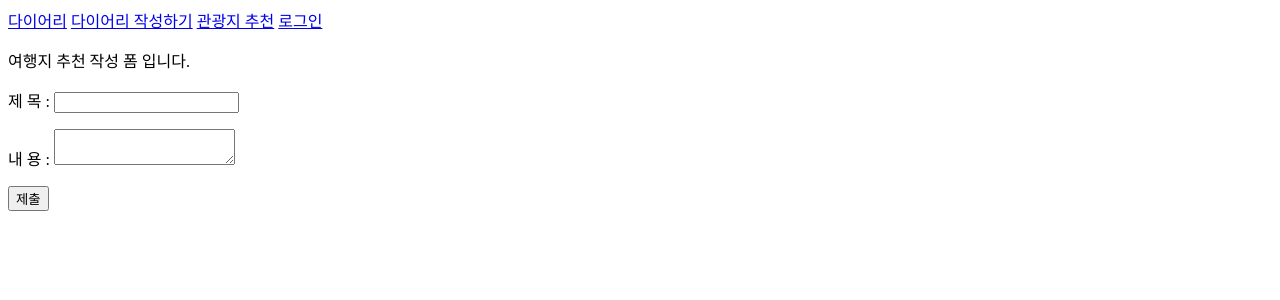
Repository: ezooo/testpj
Page: http://localhost/howwwAbout/WEB-INF/views/addRecommendation.jsp
An editor plug-in stored every save of this project. The page is shown before and after the next save, followed by the edit.
The browser window is 1280 px wide. The pictures show the whole page.
The page is served by Tomcat 9. Nobody is signed in. Other server files are loaded and not shown. The template is opened directly, without the code that normally fills it, so the values that code supplies are empty.

Above is the page before, as saved 2024-12-04 05:21:51.

### howwwAbout/src/main/webapp/WEB-INF/views/addRecommendation.jsp
<%@ page language="java" contentType="text/html; charset=UTF-8" pageEncoding="UTF-8"%>
<%@ taglib prefix="form" uri="http://www.springframework.org/tags/form" %>
<%@ page session="false"%>
<%@ page import="com.springproject.domain.Member" %>
<!DOCTYPE html>
<html>
<head>
<meta charset="UTF-8">
<title>여행지 추천 작성 폼</title>
</head>
<body>
<%@ include file="main.jsp" %>
<br>
<p>여행지 추천 작성 폼 입니다.<p>

<form:form modelAttribute="Recommendation" method="post">
	<p>제 목 : <form:input path="recommendTitle" name="recommendTitle"/> </p>
	<p>내 용 : <form:textarea path="recommendContent" name="recommendContent"/> </p>
	<p><input type="submit" value="제출"> </p>
</form:form>

</body>
</html>

### howwwAbout/src/main/webapp/WEB-INF/views/main.jsp
<%@ page language="java" contentType="text/html; charset=UTF-8" pageEncoding="UTF-8"%>
<%@ page session="false"%>
<!DOCTYPE html>
<html>
<head>
<meta charset="UTF-8">
<title>메뉴</title>
</head>
<body>
<a href="/howAbout/diaries">다이어리</a>
<a href="/howAbout/diaries/addDiary">다이어리 작성하기</a>
<a href="/howAbout/recommend">관광지 추천</a>
<a href="/howAbout/login">로그인</a>
</body>
</html>

After the next save:
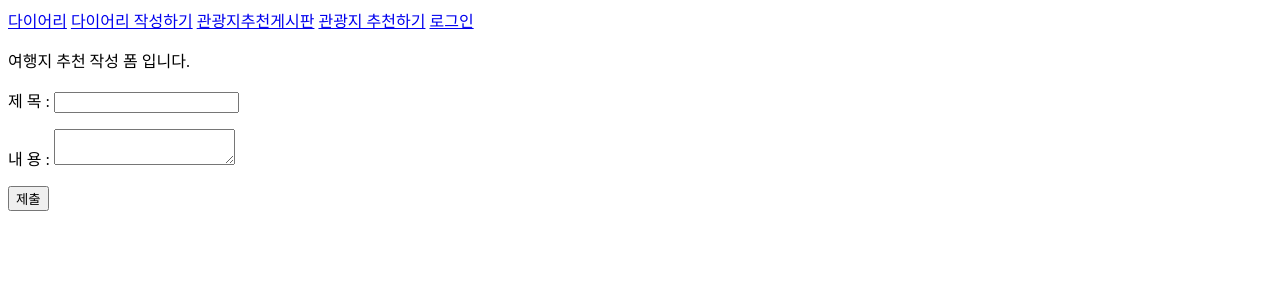
Saved 58 s later.
--- a/howwwAbout/src/main/webapp/WEB-INF/views/main.jsp
+++ b/howwwAbout/src/main/webapp/WEB-INF/views/main.jsp
@@ -9,7 +9,8 @@
 <body>
 <a href="/howAbout/diaries">다이어리</a>
 <a href="/howAbout/diaries/addDiary">다이어리 작성하기</a>
-<a href="/howAbout/recommend">관광지 추천</a>
+<a href="/howAbout/recommend">관광지추천게시판</a>
+<a href="/howAbout/recommend">관광지 추천하기</a>
 <a href="/howAbout/login">로그인</a>
 </body>
 </html>
